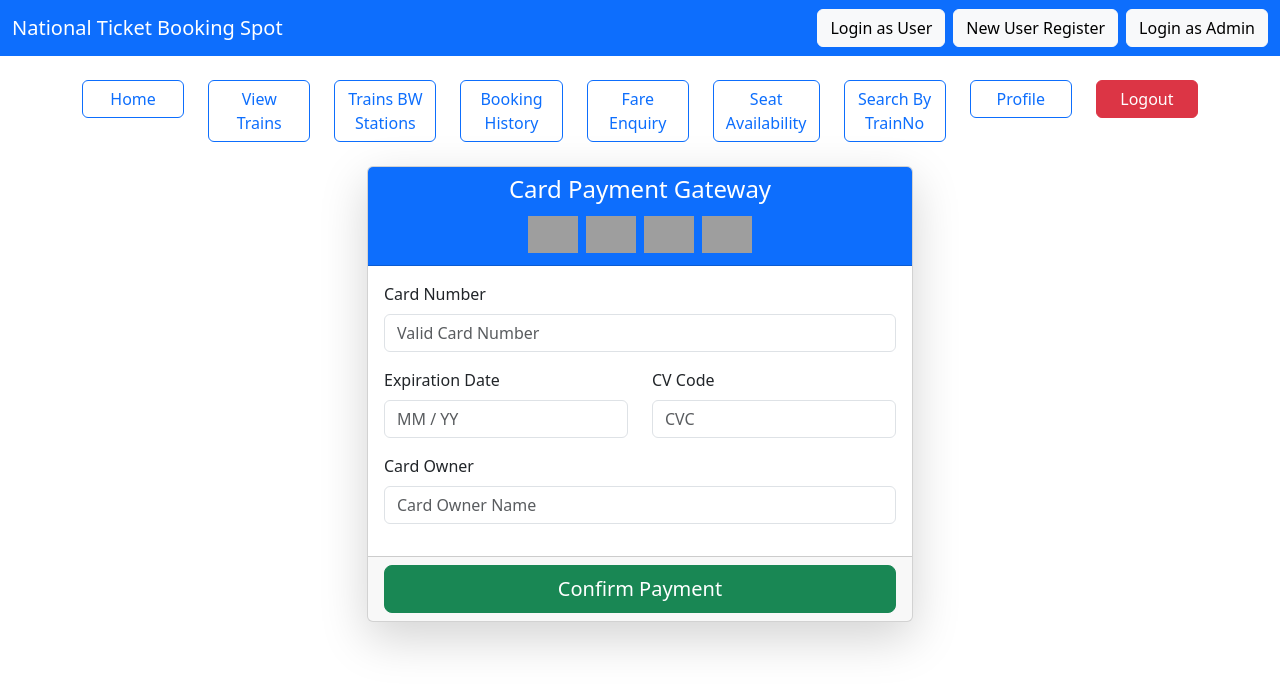
Repository: PrathamSahani/TMS-Sprint2
Page: http://localhost/TMS/Payment.jsp
These files come from the project's save history. The page is drawn as it stood at one moment and after the next save; the edit follows.
The browser window is 1280 px wide. The pictures show the whole page.
Pictures or frames that could not be fetched are drawn as grey boxes. The page is served by Tomcat 10.

Above is the page before, as saved 2025-04-23 19:18:40.

After the next save:
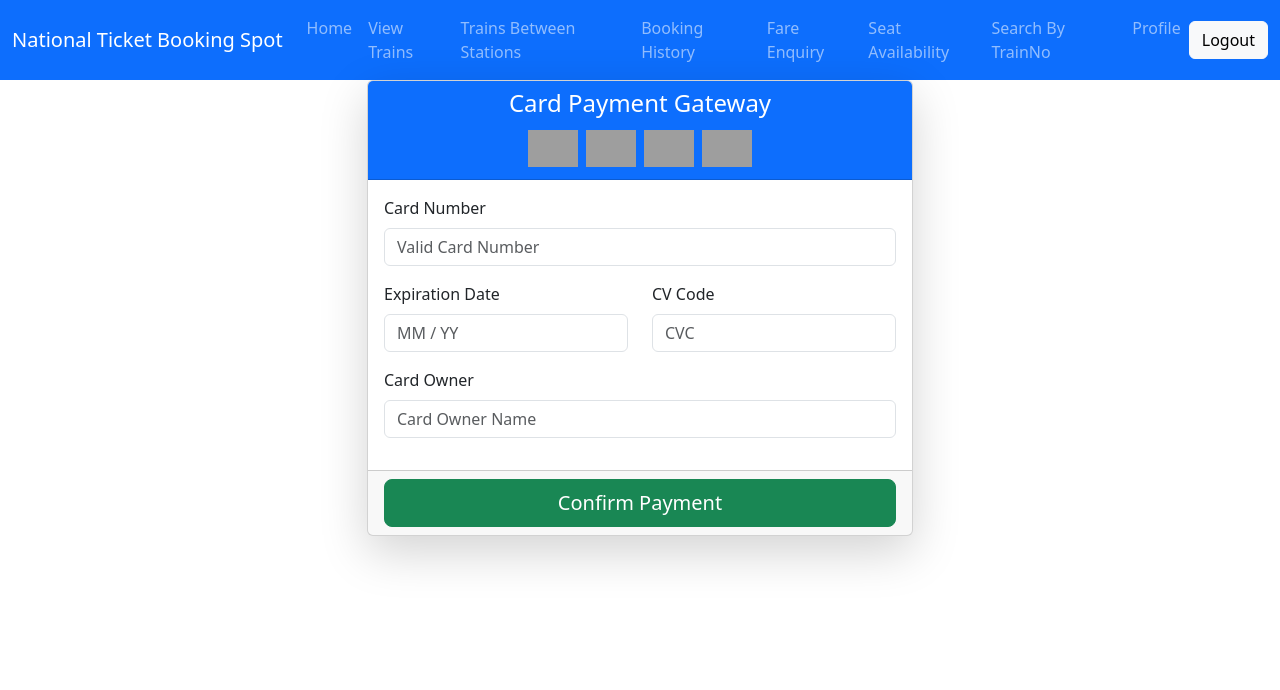
Saved 46 s later.
--- a/Update/TMS/src/main/webapp/Payment.jsp
+++ b/Update/TMS/src/main/webapp/Payment.jsp
@@ -62,31 +62,28 @@
 <body>
 
 <!-- ✅ Navbar -->
-<nav class="navbar navbar-expand-lg navbar-dark bg-primary mb-4">
-  <div class="container-fluid">
-    <a class="navbar-brand" href="#">National Ticket Booking Spot</a>
-    <div class="d-flex">
-      <a class="btn btn-light me-2" href="UserLogin.jsp">Login as User</a>
-      <a class="btn btn-light me-2" href="UserRegister.jsp">New User Register</a>
-      <a class="btn btn-light" href="AdminLogin.jsp">Login as Admin</a>
+<nav class="navbar navbar-expand-lg navbar-dark bg-primary">
+    <div class="container-fluid">
+      <a class="navbar-brand" href="#">National Ticket Booking Spot</a>
+      <div class="collapse navbar-collapse">
+        <ul class="navbar-nav me-auto mb-2 mb-lg-0">
+          <li class="nav-item"><a class="nav-link" href="userhome">Home</a></li>
+          <li class="nav-item"><a class="nav-link" href="userviewtrainfwd">View Trains</a></li>
+          <li class="nav-item"><a class="nav-link" href="trainbwstnfwd">Trains Between Stations</a></li>
+          <li class="nav-item"><a class="nav-link" href="bookingdetails">Booking History</a></li>
+          <li class="nav-item"><a class="nav-link" href="fareenqfwd">Fare Enquiry</a></li>
+          <li class="nav-item"><a class="nav-link" href="useravailfwd">Seat Availability</a></li>
+          <li class="nav-item"><a class="nav-link" href="usersearchtrain">Search By TrainNo</a></li>
+          <li class="nav-item"><a class="nav-link" href="userprofile">Profile</a></li>
+        </ul>
+        <div class="d-flex">
+          <a class="btn btn-light" href="userlogout">Logout</a>
+        </div>
+      </div>
     </div>
-  </div>
-</nav>
+  </nav>
 
-<!-- ✅ Navigation Menu -->
-<header class="container mb-4">
-    <div class="row text-center">
-        <div class="col"><a class="btn btn-outline-primary w-100" href="userhome">Home</a></div>
-        <div class="col"><a class="btn btn-outline-primary w-100" href="userviewtrainfwd">View Trains</a></div>
-        <div class="col"><a class="btn btn-outline-primary w-100" href="trainbwstnfwd">Trains BW Stations</a></div>
-        <div class="col"><a class="btn btn-outline-primary w-100" href="bookingdetails">Booking History</a></div>
-        <div class="col"><a class="btn btn-outline-primary w-100" href="fareenqfwd">Fare Enquiry</a></div>
-        <div class="col"><a class="btn btn-outline-primary w-100" href="useravailfwd">Seat Availability</a></div>
-        <div class="col"><a class="btn btn-outline-primary w-100" href="usersearchtrain">Search By TrainNo</a></div>
-        <div class="col"><a class="btn btn-outline-primary w-100" href="userprofile">Profile</a></div>
-        <div class="col"><a class="btn btn-danger w-100" href="userlogout">Logout</a></div>
-    </div>
-</header>
+
 
 <!-- ✅ Credit Card Payment Form -->
 <div class="container">
